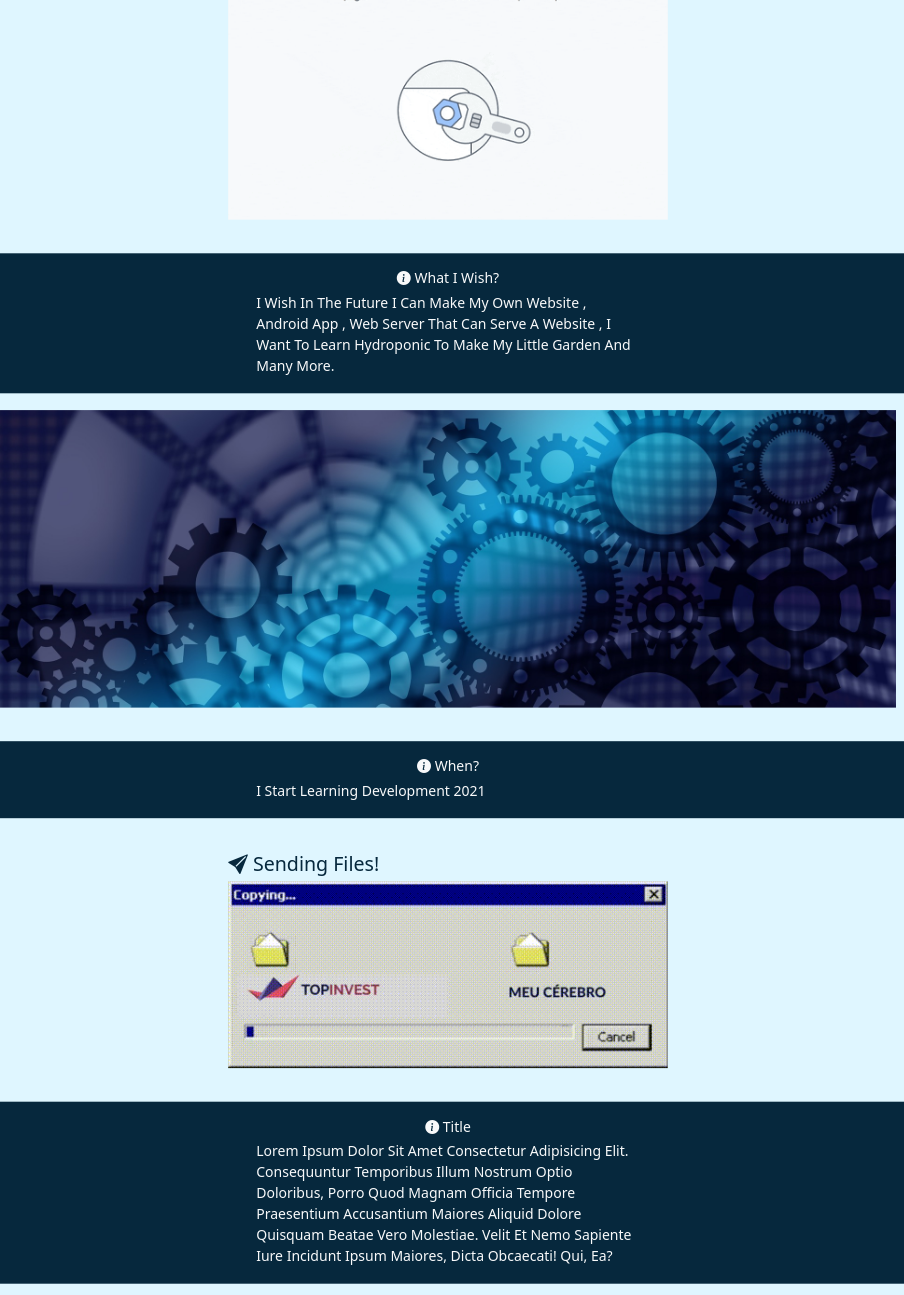
Repository: initer3737/initer3737.github.io
Page: index.html
These files come from the project's save history. The page is drawn as it stood at one moment and after a run of saves; the edit follows.
The browser window is 1280 px wide. The page is 1292 px wide, so the pictures cover 1292 px, including what lies to the right of the window. The pictures show the part of the page from y = 2377 to 4257 px (the page is 4227 px tall before and 4257 px after), at 70% of full size.
Some web libraries are served in a nearby version.

Above is the page before, as saved 2022-06-12 23:09:16.
Console error: TypeError: Cannot set properties of null (setting 'innerHTML')

After the next 3 saves:
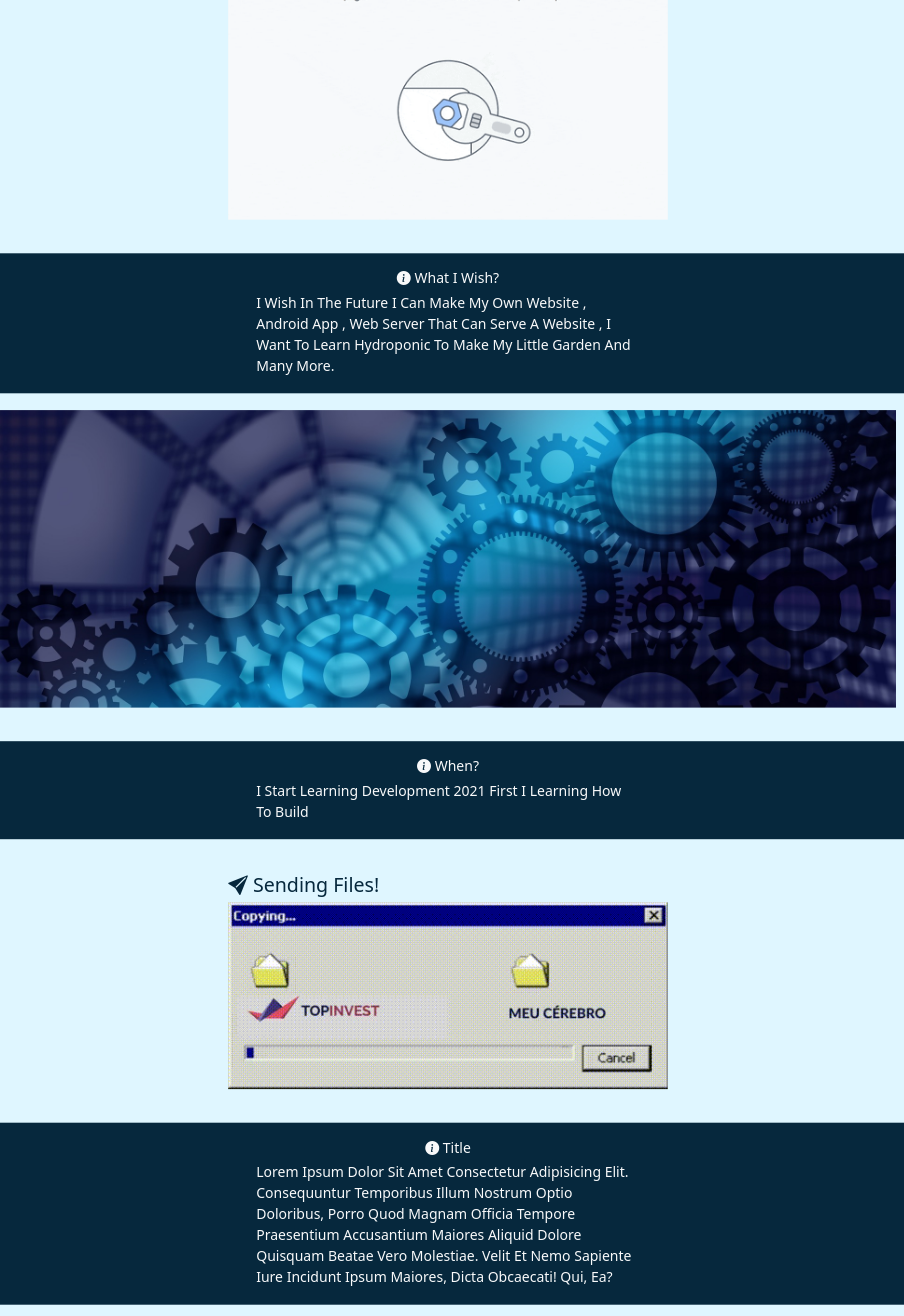
The 3 saves are shown as one change because they came seconds apart.
The last was saved 14 s later.
--- a/index.html
+++ b/index.html
@@ -115,7 +115,7 @@
            <div class="col-12 mt-5 m-auto bg-4 text-light px-2 py-4">
             <div class="text-center "><h5><i class="bi bi-info-circle-fill"></i> when?</h5></div>
             <div class="text-start fs-5 px-5 col-12 col-md-6 m-auto">
-               i start learning development 2021
+               i start learning development 2021 first i learning how to build
             </div>
           </div>
            <div class="col-6 mt-5 m-auto">
